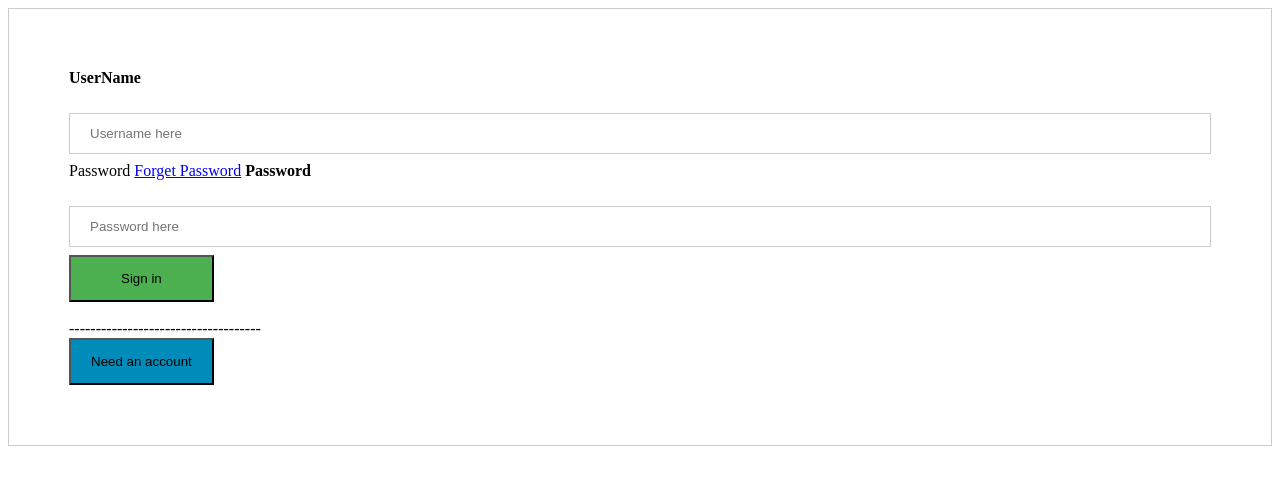
Repository: hamshini/demopro
Page: wippro/Application/WebContent/signin.html
An editor plug-in stored every save of this project. The page is shown before and after the next save, followed by the edit.
The browser window is 1280 px wide. The pictures show the whole page.

Above is the page before, as saved 2018-01-06 06:09:11.

### wippro/Application/WebContent/signin.html
<!DOCTYPE html>
<html>
<head>
<meta charset="ISO-8859-1">
<title>SignIn</title>
</head>
<style>
input[type=text], input[type=password] {
    width: 100%;
    padding: 12px 20px;
    margin: 8px 0;
    display: inline-block;
    border: 1px solid #ccc;
    box-sizing: border-box;
}

.needacc {
	padding: 14px 20px;
	background-color: #008CBA;
}
.container {
    padding: 60px;
}

.signinbtn {
	padding: 14px 50px;
	background-color: #4CAF50;
}
</style>
<body>
	<form action="/action_page.php" style="border:1px solid #ccc">
	 <div class="container">
		<div class="form-group">
			<label><b>UserName</b></label><br>
			<br>
			<input type="text"
				placeholder="Username here" class="form-control" name="user"
				required><br>
				<label>Password</label>  <a href="forgetpass.html">Forget Password</a>
				 <label><b>Password</b></label> <br>
				<br>
			<input type="password" placeholder="Password here" class="form-control"
				name="pwd" required> <br>
		</div>
		<div class="clearfix">
			<button type="button" class="signinbtn">Sign in</button>

		</div>
		<br>------------------------------------</br>
		<div class="clearfix">
			<button type="button" class="needacc">Need an account</button>

		</div>
		</div>
	</form>
</body>
</html>

After the next save:
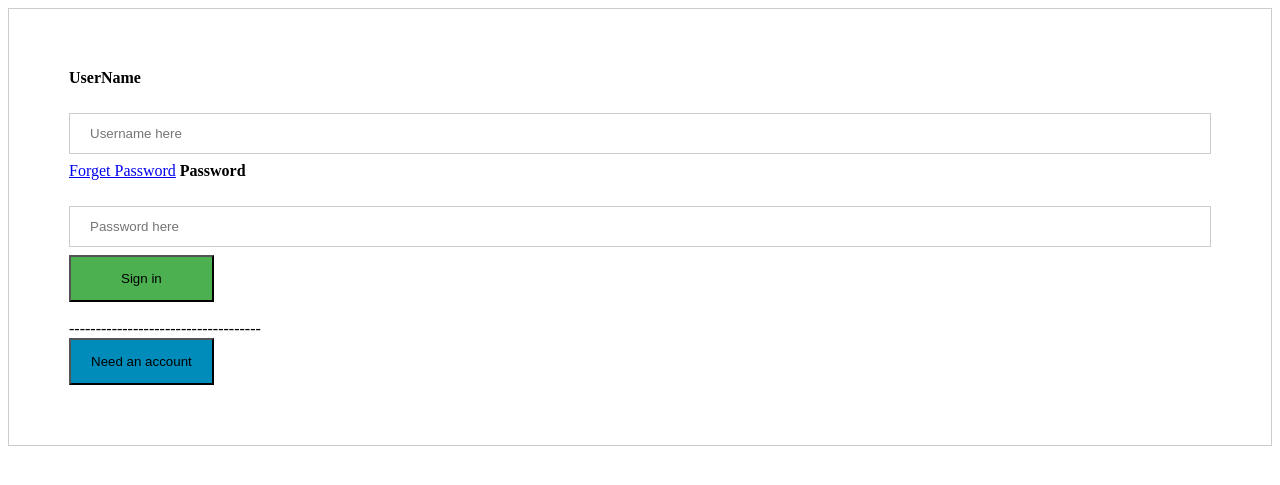
Saved 49 s later.
--- a/wippro/Application/WebContent/signin.html
+++ b/wippro/Application/WebContent/signin.html
@@ -36,7 +36,7 @@ input[type=text], input[type=password] {
 			<input type="text"
 				placeholder="Username here" class="form-control" name="user"
 				required><br>
-				<label>Password</label>  <a href="forgetpass.html">Forget Password</a>
+				<a href="forgetpass.html">Forget Password</a>
 				 <label><b>Password</b></label> <br>
 				<br>
 			<input type="password" placeholder="Password here" class="form-control"
